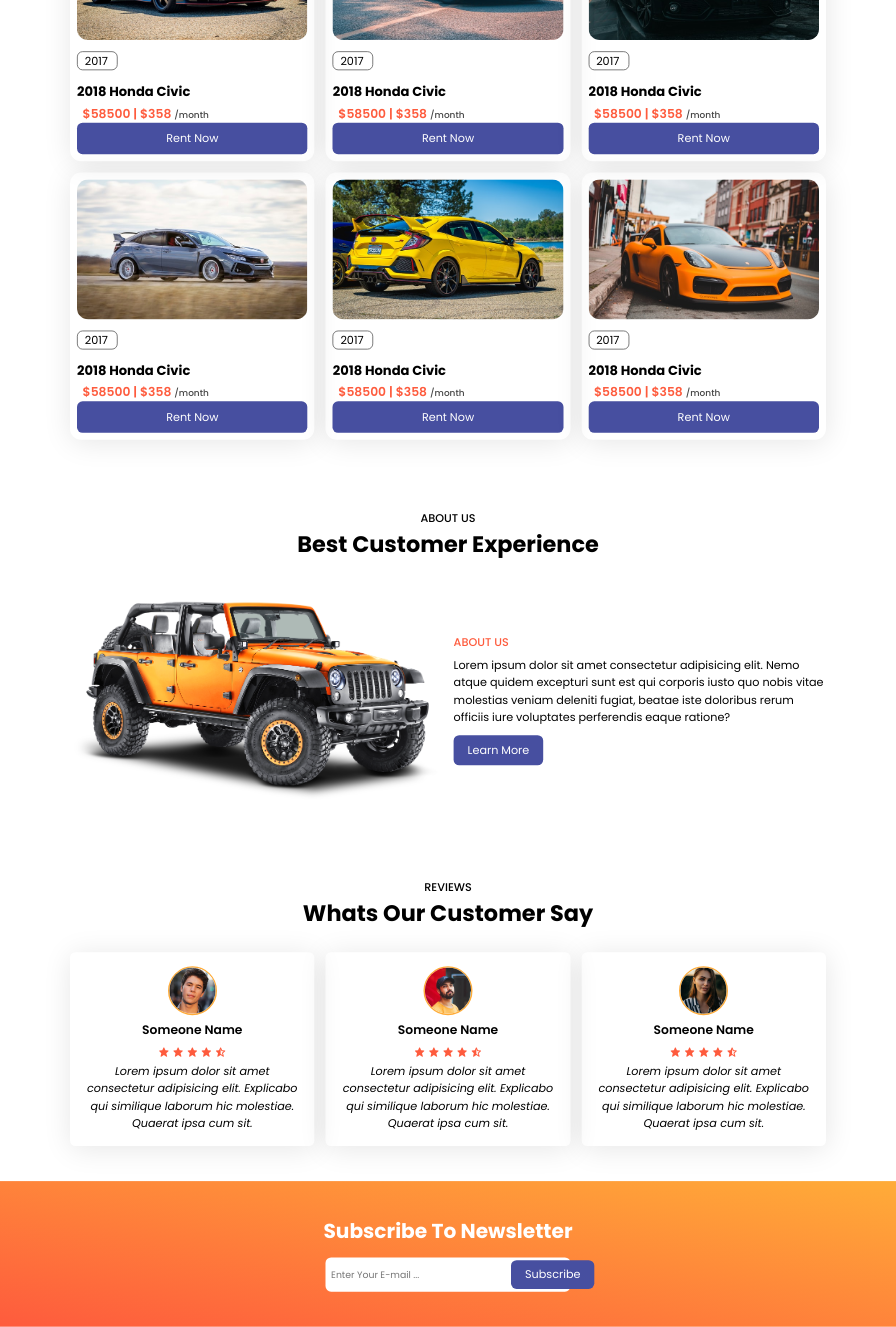
Repository: douglasabnovato/car-rental
Page: index.html
An editor plug-in stored every save of this project. The page is shown before and after the next save, followed by the edit.
The browser window is 1280 px wide. The pictures show the part of the page from y = 1536 to 3456 px (the page is 3431 px tall before and 3456 px after), at 70% of full size.

Above is the page before, as saved 2025-05-16 17:02:45.

### index.html
<!DOCTYPE html>
<html lang="en">
  <head>
    <meta charset="UTF-8" />
    <meta name="viewport" content="width=device-width, initial-scale=1.0" />
    <title>Car Rental</title>
    <link
      rel="stylesheet"
      href="https://cdn.jsdelivr.net/npm/boxicons@latest/css/boxicons.min.css"
    />
    <link rel="stylesheet" href="./style.css" />
  </head>
  <body>
    <!-- Header -->
    <header>
      <a href="#" class="logo"
        ><img src="./assets/jeep.png" alt="logo da car rental" srcset=""
      /></a>
      <div class="bx bx-menu" id="menu-icon"></div>
      <ul class="navbar">
        <li><a href="#home">Home</a></li>
        <li><a href="#ride">Ride</a></li>
        <li><a href="#services">Services</a></li>
        <li><a href="#about">About</a></li>
        <li><a href="#reviews">Reviews</a></li>
      </ul>
      <div class="header-btn">
        <a href="#" class="sign-up">Sign Up</a>
        <a href="#" class="sign-in">Sign In</a>
      </div>
    </header>

    <!-- Home -->
    <section class="home" id="home">
      <div class="text">
        <h1>
          <span>Looking</span> to <br />
          rent a car
        </h1>
        <p>
          Lorem ipsum dolor sit amet consectetur adi <br />
          pisicing elit. Explicabo esse non fugiat!
        </p>
        <div class="app-stores">
          <img src="./assets/ios.png" alt="" />
          <img src="./assets/play.png" alt="" />
        </div>
      </div>
      <div class="form-container">
        <form action="">
          <div class="input-box">
            <span>Location</span>
            <input type="search" name="" id="" placeholder="Search Places" />
          </div>
          <div class="input-box">
            <span>Pick-Up Date</span>
            <input type="date" name="" id="" />
          </div>
          <div class="input-box">
            <span>Return Date</span>
            <input type="date" name="" id="" />
          </div>
          <input type="submit" name="" id="" class="btn" />
        </form>
      </div>
    </section>

    <!-- Ride -->
    <section class="ride" id="ride">
      <div class="heading">
        <span>How Its Work</span>
        <h1>Rent With 3 Easy Steps</h1>
      </div>
      <div class="ride-container">
        <div class="box">
          <i class="bx bxs-map"></i>
          <h2>Choose A Location</h2>
          <p>
            Lorem ipsum dolor sit, amet consectetur adipisicing elit.
            Perspiciatis, impedit? Saepe quo quam numquam maxime?
          </p>
        </div>
        <div class="box">
          <i class="bx bxs-calendar-check"></i>
          <h2>Pick-Up Date</h2>
          <p>
            Lorem ipsum dolor sit, amet consectetur adipisicing elit.
            Perspiciatis, impedit? Saepe quo quam numquam maxime?
          </p>
        </div>
        <div class="box">
          <i class="bx bxs-calendar-star"></i>
          <h2>Book A Car</h2>
          <p>
            Lorem ipsum dolor sit, amet consectetur adipisicing elit.
            Perspiciatis, impedit? Saepe quo quam numquam maxime?
          </p>
        </div>
      </div>
    </section>

    <!-- Services -->
    <section class="services" id="services">
      <div class="heading">
        <span>Best Services</span>
        <h1>
          Explore Out Top Deals <br />
          From Top Rated Dealers
        </h1>
      </div>
      <div class="services-container">
        <div class="box">
          <div class="box-img">
            <img src="./assets/car1.jpg" alt="car1" />
          </div>
          <p>2017</p>
          <h3>2018 Honda Civic</h3>
          <h2>$58500 | $358 <span> /month</span></h2>
          <a href="#" class="btn">Rent Now</a>
        </div>

        <div class="box">
          <div class="box-img">
            <img src="./assets/car2.jpg" alt="car1" />
          </div>
          <p>2017</p>
          <h3>2018 Honda Civic</h3>
          <h2>$58500 | $358 <span> /month</span></h2>
          <a href="#" class="btn">Rent Now</a>
        </div>

        <div class="box">
          <div class="box-img">
            <img src="./assets/car3.jpg" alt="car1" />
          </div>
          <p>2017</p>
          <h3>2018 Honda Civic</h3>
          <h2>$58500 | $358 <span> /month</span></h2>
          <a href="#" class="btn">Rent Now</a>
        </div>

        <div class="box">
          <div class="box-img">
            <img src="./assets/car4.jpg" alt="car1" />
          </div>
          <p>2017</p>
          <h3>2018 Honda Civic</h3>
          <h2>$58500 | $358 <span> /month</span></h2>
          <a href="#" class="btn">Rent Now</a>
        </div>

        <div class="box">
          <div class="box-img">
            <img src="./assets/car5.jpg" alt="car1" />
          </div>
          <p>2017</p>
          <h3>2018 Honda Civic</h3>
          <h2>$58500 | $358 <span> /month</span></h2>
          <a href="#" class="btn">Rent Now</a>
        </div>

        <div class="box">
          <div class="box-img">
            <img src="./assets/car6.jpg" alt="car1" />
          </div>
          <p>2017</p>
          <h3>2018 Honda Civic</h3>
          <h2>$58500 | $358 <span> /month</span></h2>
          <a href="#" class="btn">Rent Now</a>
        </div>
      </div>
    </section>

    <!-- About -->
    <section class="about" id="about">
      <div class="heading">
        <span>About Us</span>
        <h1>Best Customer Experience</h1>
      </div>
      <div class="about-container">
        <div class="about-img">
          <img src="./assets/about.png" alt="" />
        </div>
        <div class="about-text">
          <span>About Us</span>
          <p>
            Lorem ipsum dolor sit amet consectetur adipisicing elit. Nemo atque
            quidem excepturi sunt est qui corporis iusto quo nobis vitae
            molestias veniam deleniti fugiat, beatae iste doloribus rerum
            officiis iure voluptates perferendis eaque ratione?
          </p>
          <a href="#" class="btn">Learn More</a>
        </div>
      </div>
    </section>

    <!-- Reviews -->
    <section class="reviews" id="reviews">
      <div class="heading">
        <span>Reviews</span>
        <h1>Whats Our Customer Say</h1>
      </div>
      <div class="reviews-container">
        <div class="box">
          <div class="rev-img">
            <img src="./assets/rev1.jpg" alt="" />
          </div>
          <h2>Someone Name</h2>
          <div class="stars">
            <i class="bx bxs-star"></i>
            <i class="bx bxs-star"></i>
            <i class="bx bxs-star"></i>
            <i class="bx bxs-star"></i>
            <i class="bx bxs-star-half"></i>
          </div>
          <p>
            Lorem ipsum dolor sit amet consectetur adipisicing elit. Explicabo
            qui similique laborum hic molestiae. Quaerat ipsa cum sit.
          </p>
        </div>
        <div class="box">
          <div class="rev-img">
            <img src="./assets/rev2.jpg" alt="" />
          </div>
          <h2>Someone Name</h2>
          <div class="stars">
            <i class="bx bxs-star"></i>
            <i class="bx bxs-star"></i>
            <i class="bx bxs-star"></i>
            <i class="bx bxs-star"></i>
            <i class="bx bxs-star-half"></i>
          </div>
          <p>
            Lorem ipsum dolor sit amet consectetur adipisicing elit. Explicabo
            qui similique laborum hic molestiae. Quaerat ipsa cum sit.
          </p>
        </div>
        <div class="box">
          <div class="rev-img">
            <img src="./assets/rev3.jpg" alt="" />
          </div>
          <h2>Someone Name</h2>
          <div class="stars">
            <i class="bx bxs-star"></i>
            <i class="bx bxs-star"></i>
            <i class="bx bxs-star"></i>
            <i class="bx bxs-star"></i>
            <i class="bx bxs-star-half"></i>
          </div>
          <p>
            Lorem ipsum dolor sit amet consectetur adipisicing elit. Explicabo
            qui similique laborum hic molestiae. Quaerat ipsa cum sit.
          </p>
        </div>
      </div>
    </section>

    <!-- Newsletter -->
    <section class="newsletter">
      <h2>Subscribe To Newsletter</h2>
      <div class="box">
        <input type="text" placeholder="Enter Your E-mail ..." />
        <a href="#" class="btn">Subscribe</a>
      </div>
    </section>

    <!-- Copyright -->



    <!-- Link to JS -->
    <script src="./script.js"></script>
  </body>
</html>

### style.css
@import url("https://fonts.googleapis.com/css2?family=Noto+Sans:ital,wght@0,100..900;1,100..900&family=Poppins:ital,wght@0,100;0,200;0,300;0,400;0,500;0,600;0,700;0,800;0,900;1,100;1,200;1,300;1,400;1,500;1,600;1,700;1,800;1,900&display=swap");

* {
  margin: 0;
  padding: 0;
  box-sizing: border-box;
  scroll-padding-top: 2rem;
  scroll-behavior: smooth;
  list-style: none;
  text-decoration: none;
  font-family: "Poppins", sans-serif;
}

:root {
  --main-color: #fe5b3d;
  --second-color: #ffac38;
  --text-color: #444;
  --gradient: linear-gradient(#fe5b3d, #ffac38);
}

html::-webkit-scrollbar {
  width: 0.5rem;
}

html::-webkit-scrollbar-track {
  background: transparent;
}

html::-webkit-scrollbar-thumb {
  background: var(--main-color);
  border-radius: 5rem;
}

section {
  padding: 50px 100px;
}

/* Header */

header {
  position: fixed;
  width: 100%;
  top: 0;
  right: 0;
  z-index: 1000;
  display: flex;
  align-items: center;
  justify-content: space-between;
  background: #eeeff1;
  padding: 15px 100px;
}

.logo img {
  width: 40px;
}

.navbar {
  display: flex;
}

.navbar li {
  position: relative;
}

.navbar a {
  font-size: 1rem;
  padding: 10px 20px;
  color: var(--text-color);
  font-weight: 500;
}

.navbar a:after {
  content: "";
  width: 0;
  height: 3px;
  background: var(--gradient);
  position: absolute;
  bottom: -4px;
  left: 0;
  transition: 0.5s;
}

.navbar a:hover::after {
  width: 100%;
}

#menu-icon {
  font-size: 24px;
  cursor: pointer;
  z-index: 10001;
  display: none;
}

.header-btn a {
  padding: 10px 20px;
  color: var(--text-color);
  font-weight: 500;
}

.header-btn .sign-in {
  background: #474fa0;
  color: #fff;
  border-radius: 0.5rem;
}

.header-btn .sign-in:hover {
  background: var(--main-color);
}

/* Home */
.home {
  width: 100%;
  min-height: 100vh;
  position: relative;
  background: url(./assets/Car\ Website\ –\ 1@2x.png);
  background-repeat: no-repeat;
  background-position: center right;
  background-size: cover;
  display: grid;
  align-items: center;
  grid-template-columns: repeat(2, 1fr);
}

.text h1 {
  font-size: 3.5rem;
  letter-spacing: 2px;
}

.text span {
  color: var(--main-color);
}

.text p {
  margin: 0.5rem 0 1rem;
}

.app-stores {
  display: flex;
}

.app-stores img {
  width: 100px;
  margin-right: 1rem;
  cursor: pointer;
}

.form-container form {
  display: flex;
  flex-wrap: wrap;
  align-items: center;
  gap: 1rem;
  position: absolute;
  bottom: 4rem;
  left: 100px;
  background: #fff;
  padding: 20px;
  border-radius: 0.5rem;
}

.input-box {
  flex: 1 1 7rem;
  display: flex;
  flex-direction: column;
}

.input-box span {
  font-weight: 500;
}

.input-box input {
  padding: 7px;
  outline: none;
  border: none;
  background: #eeeff1;
  border-radius: 0.5rem;
  font-size: 1rem;
}

.form-container form .btn {
  flex: 1 1 7rem;
  padding: 10px 34px;
  border: none;
  border-radius: 0.5rem;
  background: #474fa0;
  color: #fff;
  font-size: 1rem;
  font-weight: 500;
}

.form-container form .btn:hover {
  background: var(--main-color);
  cursor: pointer;
}

/* Ride */
.heading {
  text-align: center;
}

.heading span {
  font-weight: 500;
  text-transform: uppercase;
}

.heading h1 {
  font-size: 2rem;
}

.ride-container {
  display: grid;
  align-items: center;
  grid-template-columns: repeat(auto-fit, minmax(250px, auto));
  gap: 1rem;
  margin-top: 2rem;
}

.ride-container .box {
  text-align: center;
  padding: 20px;
}

.ride-container .box .bx {
  font-size: 34px;
  padding: 10px;
  background: #eeeff1;
  border-radius: 0.5rem;
  color: var(--main-color);
}

.ride-container .box h2 {
  font-size: 1.3rem;
  font-weight: 500;
  margin: 1.4rem 0 0.5rem;
}

.ride-container .box .bx:hover,
.ride-container .box .bx .bxs-calendar-star {
  background: var(--gradient);
  color: #fff;
}

/* Services */
.services-container {
  display: grid;
  grid-template-columns: repeat(auto-fit, minmax(300px, auto));
  gap: 1rem;
  margin-top: 2rem;
}

.services-container .box {
  padding: 10px;
  border-radius: 1rem;
  box-shadow: 1px 4px 41px rgba(0, 0, 0, 0.1);
}

.services-container .box .box-img {
  width: 100%;
  height: 200px;
}

.services-container .box .box-img img {
  width: 100%;
  height: 100%;
  border-radius: 1rem;
  object-fit: cover;
  object-position: center;
}

.services-container .box p {
  padding: 0 10px;
  border: 1px solid var(--text-color);
  width: 58px;
  border-radius: 0.5rem;
  margin: 1rem 0 1rem;
}

.services-container .box h2 {
  font-size: 1.1rem;
  font-weight: 600;
  color: var(--main-color);
  margin: 0.2rem 0 0 0.5rem;
}

.services-container .box h2 span {
  font-size: 0.8rem;
  font-weight: 500;
  color: var(--text-color);
}

.services-container .box .btn {
  display: flex;
  justify-content: center;
  background: #474fa0;
  color: #fff;
  padding: 10px;
  border-radius: 0.5rem;
}

.services-container .box .btn:hover {
  background: var(--main-color);
}

/* About */
.about-container {
  display: grid;
  grid-template-columns: repeat(2, 1fr);
  margin-top: 2rem;
  align-items: center;
  gap: 1rem;
}

.about-img img {
  width: 100%;
}

.about-text span {
  font-weight: 500;
  color: var(--main-color);
  text-transform: uppercase;
}

.about-text p {
  margin: 0.5rem 0 1.4rem;
}

.about-text .btn {
  padding: 10px 20px;
  background: #474fa0;
  color: #fff;
  border-radius: 0.5rem;
}

.about-text .btn:hover {
  background: var(--main-color);
}

/* Review */
.reviews-container {
  display: grid;
  grid-template-columns: repeat(auto-fit, minmax(250px, auto));
  gap: 1rem;
  margin-top: 2rem;
}

.rev-img {
  width: 70px;
  height: 70px;
}

.rev-img img {
  width: 100%;
  height: 100%;
  border-radius: 50%;
  object-fit: cover;
  object-position: center;
  border: 2px solid var(--second-color);
}

.reviews-container .box {
  display: flex;
  flex-direction: column;
  align-items: center;
  text-align: center;
  padding: 20px;
  box-shadow: 1px 4px 41px rgba(0, 0, 0, 0.1);
  border-radius: 0.5rem;
}

.reviews-container .box h2 {
  font-size: 1.1rem;
  font-weight: 600;
  margin: 0.5rem 0 0.5rem;
}

.reviews-container .box p {
  font-style: italic;
}

.reviews-container .box .stars .bx {
  color: var(--main-color);
}

/* Newsletter */
.newsletter {
  background: linear-gradient(to top right, #fe5b3d, #ffac38);
  display: flex;
  flex-direction: column;
  align-items: center;
}

.newsletter h2 {
  color: #fff;
  font-size: 1.8rem;
}

.newsletter .box {
  margin-top: 1rem;
  background: #fff;
  border-radius: 0.5rem;
  padding: 4px 8px;
  width: 350px;
  display: flex;
  justify-content: space-between;
}

.newsletter .box input {
  border: none;
  outline: none;
}

.newsletter .box .btn {
  background: #474fa0;
  color: #fff;
  padding: 8px 20px;
  border-radius: 0.5rem;
}

Loaded but not shown: script.js (no stored copy; drawn as an empty file)

After the next save:
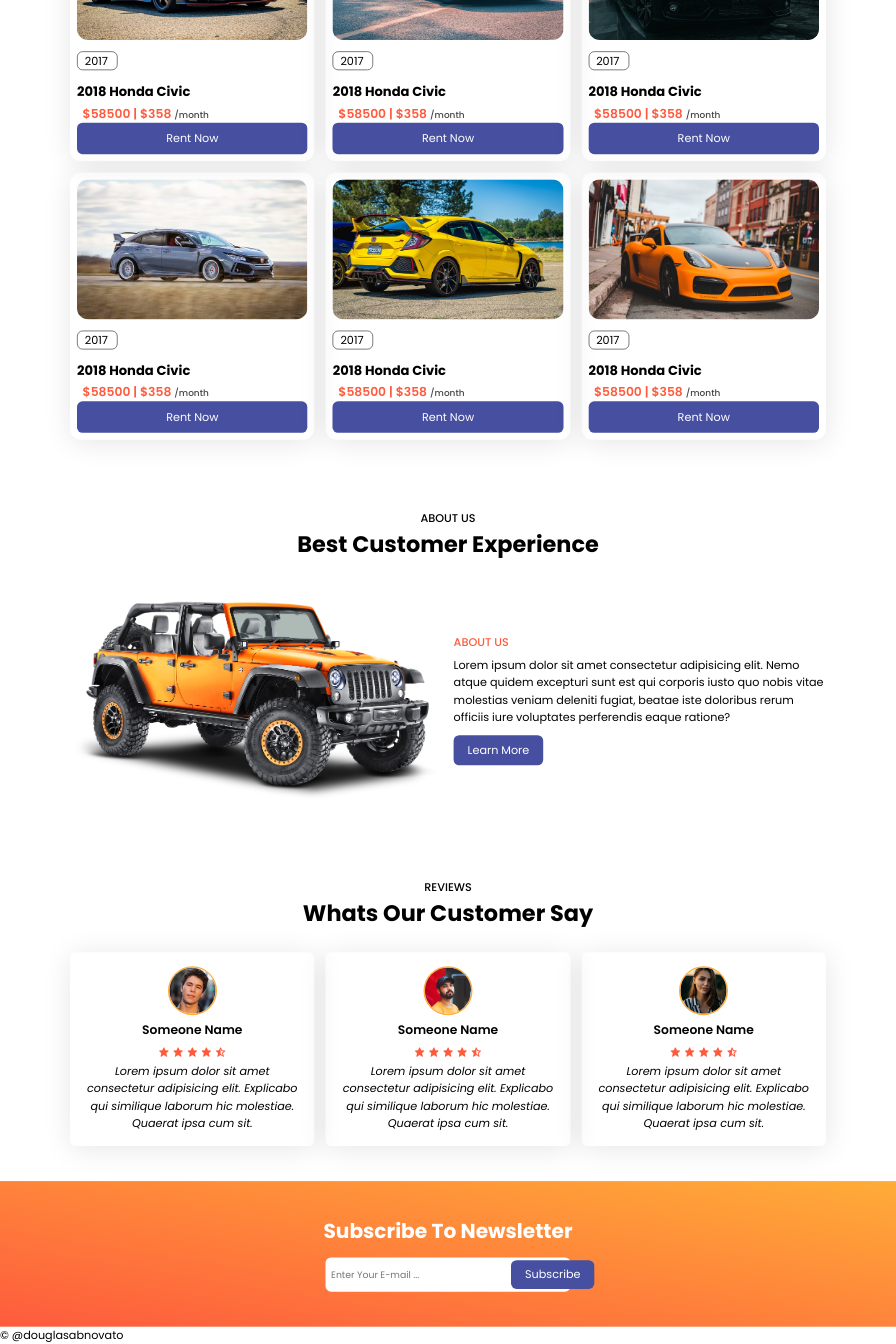
Saved 37 s later.
--- a/index.html
+++ b/index.html
@@ -265,7 +265,9 @@
     </section>
 
     <!-- Copyright -->
-
+    <div class="copyright">
+      <p>&#169; @douglasabnovato</p>
+    </div>
 
 
     <!-- Link to JS -->
